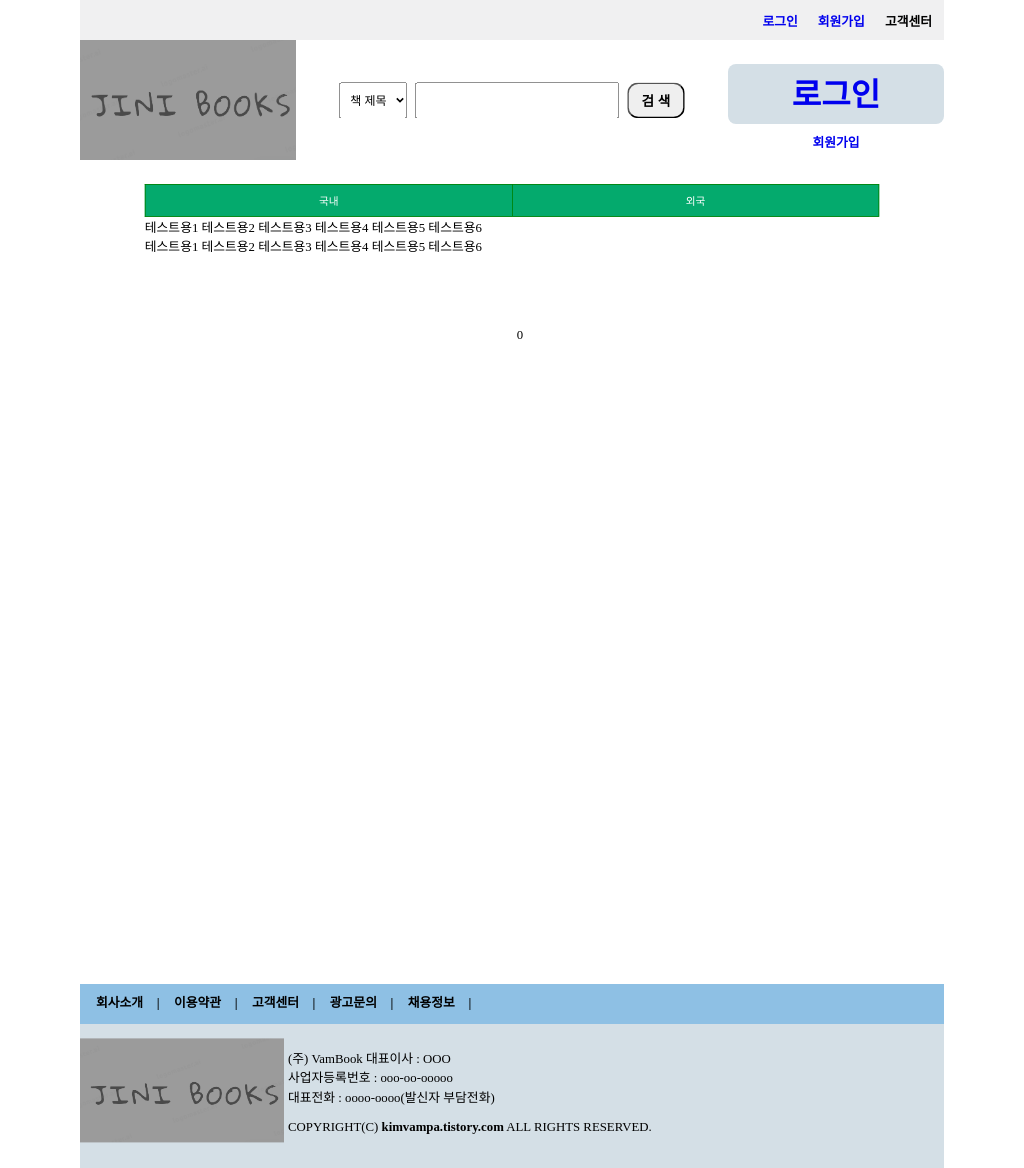
Repository: leechanjin7/ShoppingMall
Page: http://localhost/ShoppingMall/WEB-INF/views/search.jsp
The author's editor kept a copy of each file at every save. The page is drawn from the files as they stood at one save, then again after the next save.
The browser window is 1280 px wide. The pictures show the whole page, at 80% of full size.
The page is served by Tomcat 9. Nobody is signed in. The template is opened directly, without the code that normally fills it, so the values that code supplies are empty.

Above is the page before, as saved 2023-09-12 02:26:19.

After the next save:
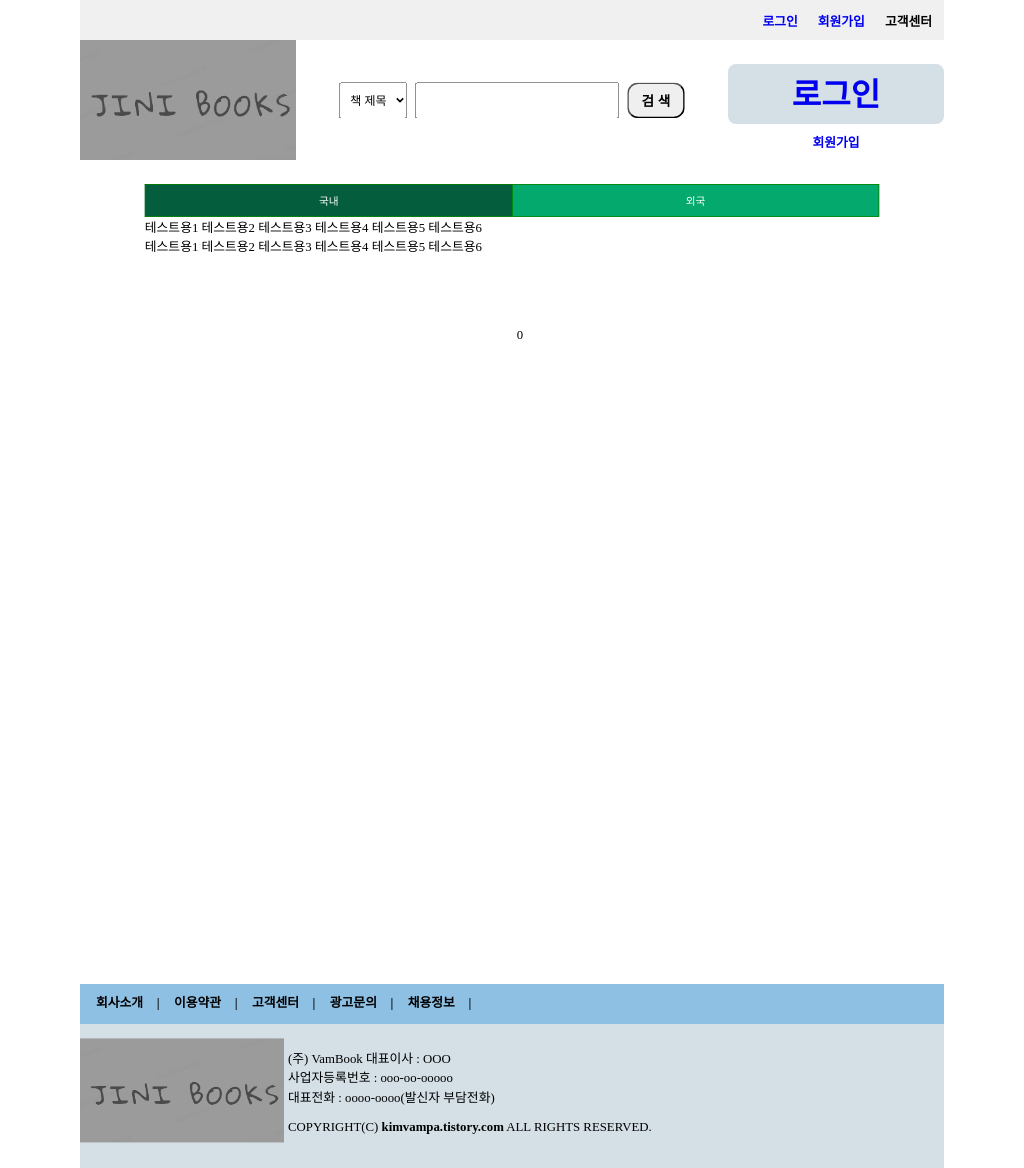
Saved 25 s later.
--- a/workspace/ShoppingMall/src/main/webapp/resources/css/search.css
+++ b/workspace/ShoppingMall/src/main/webapp/resources/css/search.css
@@ -331,6 +331,10 @@ a {
 .filter_button:hover {
     background-color: #3e8e41;
 }
+
+.filter_active{
+	background-color: #045d3c;
+}
 /* footer navai 영역 */
 .footer_nav {
 	width: 100%;
